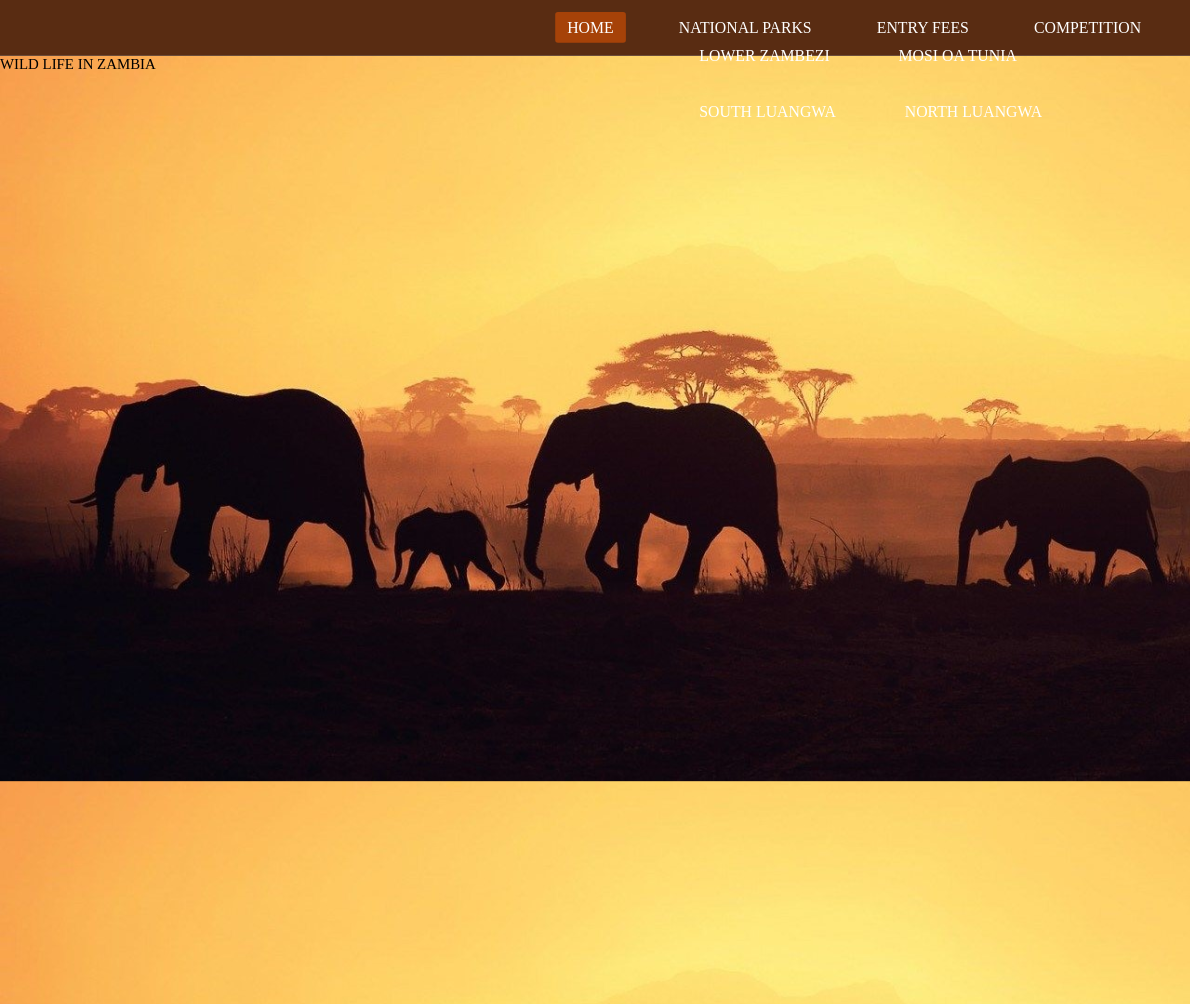
Repository: Lungdjos/web_assignment_3rd_yr
Page: home/index.html
The author's editor kept a copy of each file at every save. The page is drawn from the files as they stood at one save, then again after a run of saves.
The browser window is 1280 px wide. The pictures show the whole page, at 93% of full size.
Some web libraries are served in a nearby version.

Above is the page before, as saved 2021-06-17 17:38:27.

After the next 5 saves:
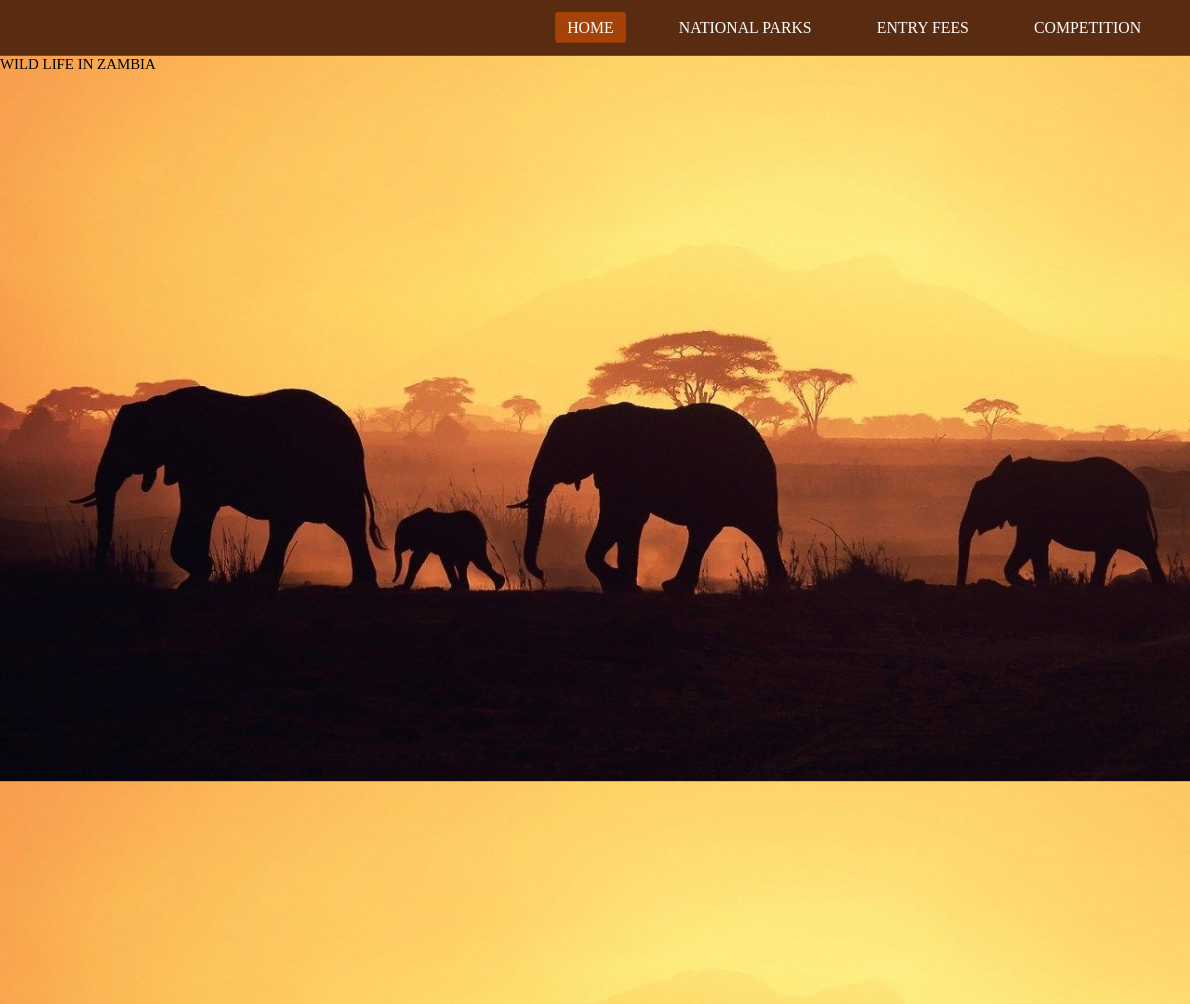
The 5 saves are shown as one change because they came seconds apart.
The last was saved 51 s later.
--- a/home/index.css
+++ b/home/index.css
@@ -124,5 +124,5 @@ nav ul li ul a {
 nav ul ul {
     position: absolute;
     top: 30px;
-    margin-top: 1px;
+    display: none;
 }
